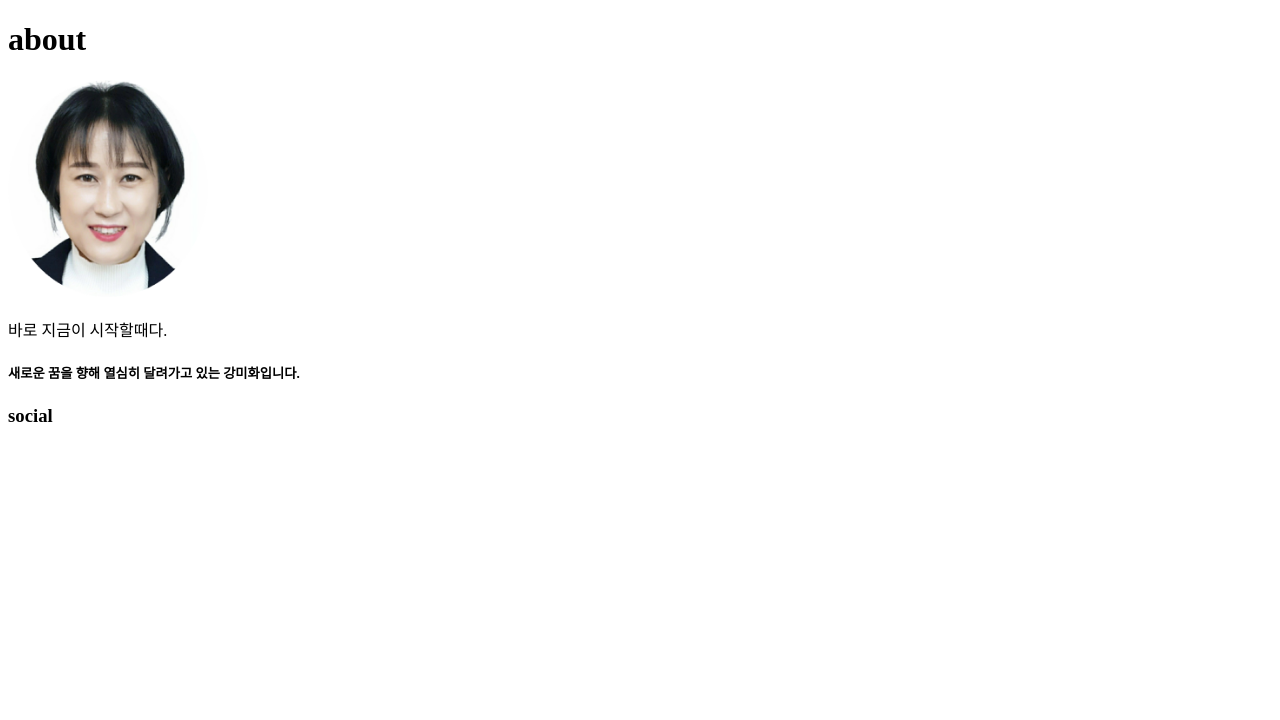
Repository: kmh9964/view
Page: workspace/studyhtml5/src/htmltags03.html
The author's editor kept a copy of each file at every save. The page is drawn from the files as they stood at one save, then again after the next save.
The browser window is 1280 px wide. The pictures show the whole page.

Above is the page before, as saved 2022-12-14 06:44:37.

After the next save:
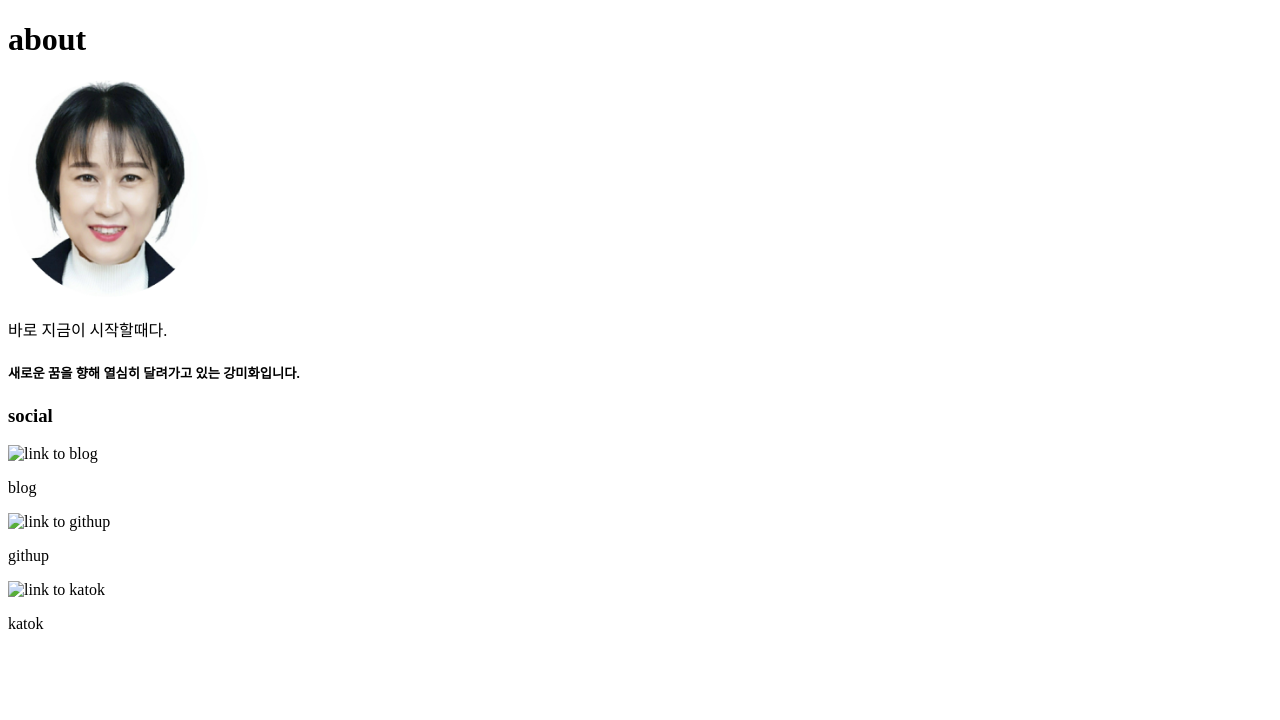
Not found: workspace/studyhtml5/src/images/blog_icon.png
Not found: workspace/studyhtml5/src/images/githup_icon.png
Not found: workspace/studyhtml5/src/images/katok_icon.png
Saved 5 min 37 s later.
--- a/workspace/studyhtml5/src/htmltags03.html
+++ b/workspace/studyhtml5/src/htmltags03.html
@@ -12,5 +12,11 @@
  	<p>바로 지금이 시작할때다. </p>
  	<h5>새로운 꿈을 향해 열심히 달려가고 있는 강미화입니다. </h5>
  	<h3>social</h3>
+ 	<img src="images/blog_icon.png" alt="link to blog">
+ 	<p>blog</p>
+ 	<img src="images/githup_icon.png" alt="link to githup">
+ 	<p>githup</p>
+ 	<img src="images/katok_icon.png" alt="link to katok">
+ 	<p>katok</p>
 </body>
 </html>

After the save that followed:
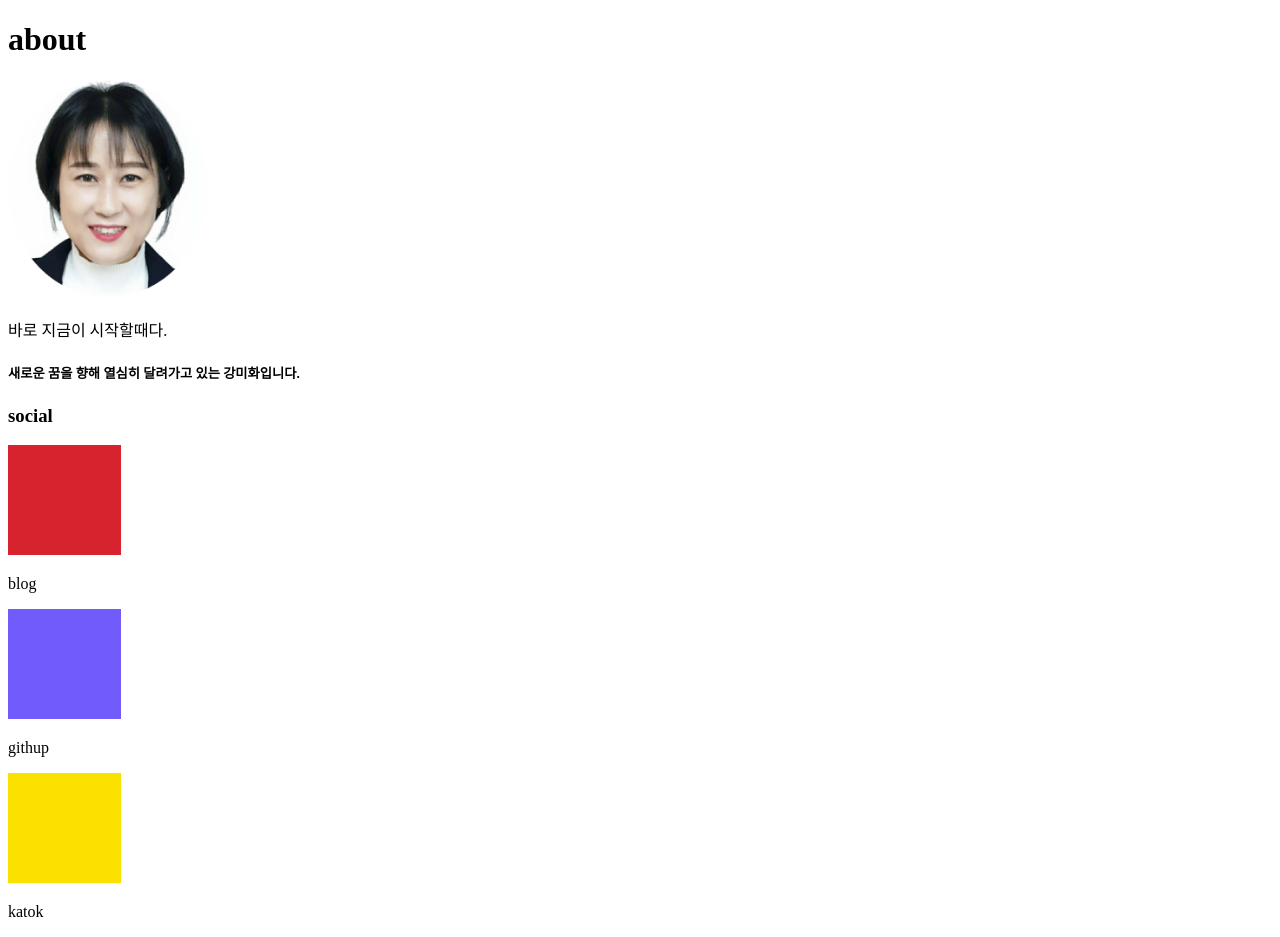
Saved 9 min 49 s later.
--- a/workspace/studyhtml5/src/htmltags03.html
+++ b/workspace/studyhtml5/src/htmltags03.html
@@ -12,11 +12,11 @@
  	<p>바로 지금이 시작할때다. </p>
  	<h5>새로운 꿈을 향해 열심히 달려가고 있는 강미화입니다. </h5>
  	<h3>social</h3>
- 	<img src="images/blog_icon.png" alt="link to blog">
+ 	<img src="images/blog.png" alt="link to blog">
  	<p>blog</p>
- 	<img src="images/githup_icon.png" alt="link to githup">
+ 	<img src="images/githup.png" alt="link to githup">
  	<p>githup</p>
- 	<img src="images/katok_icon.png" alt="link to katok">
+ 	<img src="images/katok.png" alt="link to katok">
  	<p>katok</p>
 </body>
 </html>
